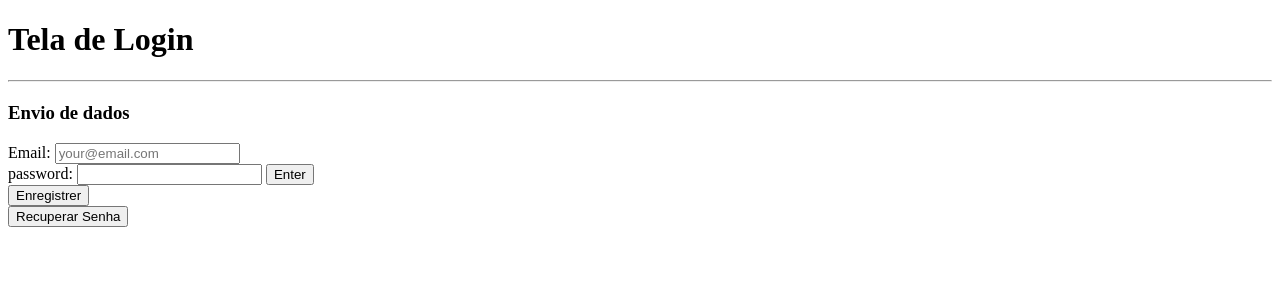
Repository: MarcioFreitasUFSC21/FrontEnd-part-1
Page: index.html
An editor plug-in stored every save of this project. The page is shown before and after a run of saves, followed by the edit.
The browser window is 1280 px wide. The pictures show the whole page.

Above is the page before, as saved 2023-04-22 19:52:20.

After the next 2 saves:
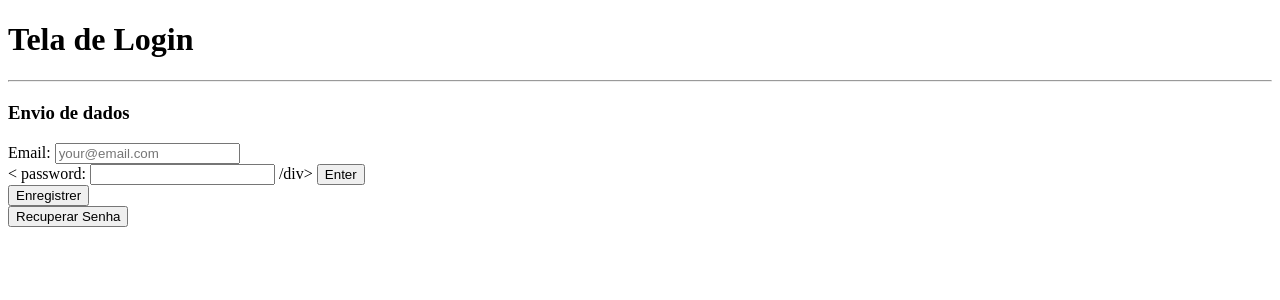
The 2 saves are shown as one change because they came seconds apart.
The last was saved 7 s later.
--- a/index.html
+++ b/index.html
@@ -15,8 +15,9 @@
                 <h3> Envio de dados</h3>
                     <div>
                         <label type = "email"> Email: </label> <input type = "email" placeholder="your@email.com" ></input>
-                        <div></div>
+                        <div><
                         <label type = "password"> password: </label> <input type = "password"> </input>
+                        /div>
                         <button type = "button" action = "save" onclick="alert('exemple')"> Enter</button>
                     </div>
                 <div>
